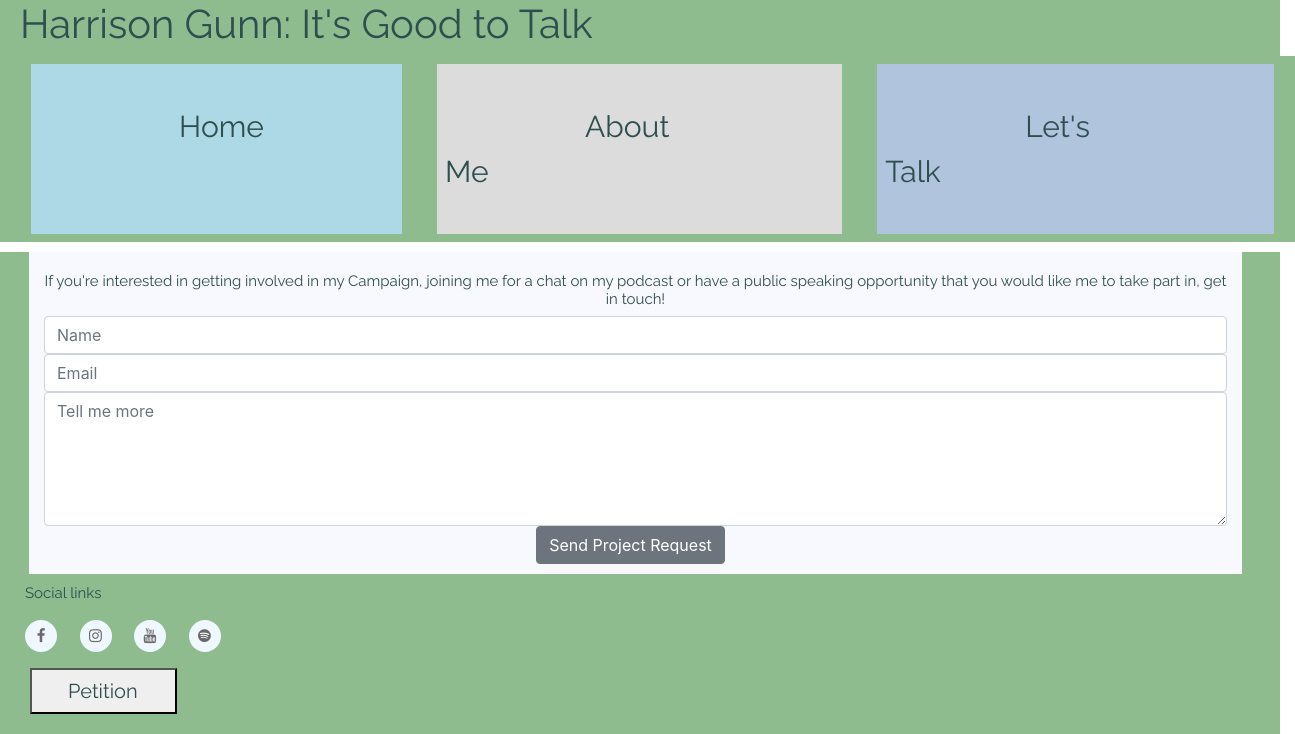
Repository: Leannald13/mile-stone-project-html
Page: contact.html
The author's editor kept a record of every edit. The page is drawn from the files as they stood at one moment, then again after the next edit.
The browser window is 1280 px wide. The page is 1295 px wide, so the pictures cover 1295 px, including what lies to the right of the window. The pictures show the part of the page from y = 500 to 1304 px (the page is 1234 px tall before and 1304 px after).

Above is the page before.

### contact.html
<!DOCTYPE html>
<html lang="en">

<head>
    <meta charset="UTF-8">
    <meta name="viewport" content="width=device-width, initial-scale=1.0">
    <meta http-equiv="X-UA-Compatible" content="ie=edge">
    <link rel="stylesheet" href="https://stackpath.bootstrapcdn.com/bootstrap/4.3.1/css/bootstrap.min.css" type="text/css" />
    <link rel="stylesheet" href="https://cdnjs.cloudflare.com/ajax/libs/hover.css/2.3.1/css/hover-min.css" type="text/css" />
    <link rel="stylesheet" href="https://stackpath.bootstrapcdn.com/font-awesome/4.7.0/css/font-awesome.min.css" type="text/css" />
    <link rel="stylesheet" href="assets/css/style.css" type="text/css" />
    <title>Harrison</title>
</head>

<body>
    <header>
        <div class="row">
            <a href="index.html" class="col-md-12 logo">

            </a>
        </div>

        <div class="container-fluid">
            <div class="row">
                <div class="col-sm-12">
                    <div class="row no-gutters bg-color-name">
                        <div class="col heading">
                            <h1 class="name">Harrison Gunn: It's Good to Talk</h1>
                        </div>
                    </div>
                </div>
                    <nav class="navbar navbar-expand-lg" class="modal" tabindex="-1" role="dialog" id="SignUpModal">
            <button class="navbar-toggler" type="button" data-toggle="collapse" data-target="#navbarSupportedContent" aria-controls="navbarSupportedContent" aria-expanded="false" aria-label="Toggle navigation">
                    <span class="navbar-toggler-icon"></span>
                  </button>
                     <div class="collapse navbar-collapse" id="navbarSupportedContent">
                        <ul class="navbar-nav mr-auto">
                            <li class="nav-item active ui-menu-color-home">
                                <a class="nav-link" href="index.html" class="hvr-Wobble-Horizontal"><span>Home</span></a>
                            </li>
                            <li class="nav-item active ui-menu-color-about">
                                <a class="nav-link" href="general.html" class="hvr-wobble-horizontal"><span>About Me</span></a>
                            </li>
                            <li class="nav-item active ui-menu-color-comments">
                                <a class="nav-link" href="contact.html" class="hvr-wobble-horizontal"><span>Let's Talk</span></a>
                            </li>
                        </ul>
                    </div
                    </nav>
    </header>
    <section class="container-fluid">
        <div class="row bg-color-contact">
            <div class="col">
                <h5 class="uppercase text-center">If you're interested in getting involved in my Campaign, joining me for a chat on my podcast or have a public speaking opportunity that you would like me to take part in, get in touch!</h5>
                <div class="center-form">
                    <form>
                        <form>
                            <input type="text" name="name" id="fullname" class="form-control" placeholder="Name" required/>
                             <input type="email" name="email" id="emailaddress" class="form-control" placeholder="Email" required/>
                             <textarea rows="5" name="summary" id="summary" class="form-control" placeholder="Tell me more" required></textarea>
                            <div class="form-row text-center">
                                <div class="col">
                                    <button type="submit" class="btn btn-secondary">Send Project Request</button>
                                </div>
                            </div>
                        </form>
                    </form>
                </div>
            </div>
        </div>
    <footer>
        <div class="container-fluid">
            <div class="col sm-12">
                <h5 class="uppercase general-sub">Social links</h5>
                <ul class="list-inline social-links">
                    <li class="list-inline-item">
                        <a target="_blank" href="https://www.facebook.com/harrison.gunn.16">
                           <i class="fa fa-facebook" aria-hidden="true"></i>
                           <span class="sr-only">Facebook</span>
                        </a>
                    </li>
                    <li class="list-inline-item">
                        <a target="_blank" href="https://www.instagram.com/harrisongunn_/">
                           <i class="fa fa-instagram" aria-hidden="true"></i>
                           <span class="sr-only">Instagram</span>
                        </a>
                    </li>
                    <li class="list-inline-item">
                        <a target="_blank" href="https://www.youtube.com/channel/UCEPhcVc_ooMeZwhF5X4OEYg">
                           <i class="fa fa-youtube" aria-hidden="true"></i>
                           <span class="sr-only">YouTube</span>
                           </a>
                    </li>
                    <li class="list-inline-item">
                        <a target="_blank" href="spotify:show:1azq4fgMCEafJTPjsGm6tL">
                           <i class="fa fa-spotify" aria-hidden="true"></i>
                           <span class="sr-only">Spotify</span>
                           </a>
                    </li>
            </div>
        </div>
        <button class="list-inline-item-button">
          <a class="navbar-brand" href="https://petition.parliament.uk/petitions/260373">Petition</a>
                        </button>
    </footer>
</body>

</html>

### assets/css/style.css
@import url('https://fonts.googleapis.com/css?family=Raleway&display=swap');


/* -------------------------------------------------------------Heading */

.logo {
    background: url("../images/haribo.jpg");
    background-position: center;
    background-repeat: no-repeat;
    background-size: cover;
    width: 100%;
    height: 500px;
    transition: all .5s;
    display: block;
}

.heading {
    background-color: #8fbc8f !important;
    width: 100%;

}


.bg-color-name {
    font-family: "Raleway", sans-serif;
    color: #2f4f4f;
    text-align: left;
    font-weight: 100;
    width: 100%;

}

.name {
    font-size: 40px;
    padding-left: 20px;
}

/* -------------------------------------------------------------nav bar */


.text-center {
    width: 100%;
}

.container-fluid {
    padding: 0;
    margin: 0;
    width: 100%;
    background-color: #8fbc8f;
}

.nav-link {
    font-size: 30px;
    color: #2f4f4f;
    padding: 40px;

}

.nav-link span {
    padding: 130px;
    text-align: center;
    margin-left: 10px;
}

.nav-item {
    margin-left: 30px;
}


.ui-menu-color-home {
    background-color: #ADD8E6;
    margin-right: 5px;
    font-family: "Raleway", sans-serif;
    color: #2f4f4f;
}

.ui-menu-color-about {
    background-color: #DCDCDC;
    margin-right: 5px;
     font-family: "Raleway", sans-serif;
    color: #2f4f4f;
}

.ui-menu-color-comments {
    background-color: #B0C4DE;
    margin-right: 5px;
    font-family: "Raleway", sans-serif;
    color: #2f4f4f;
}

.navbar-brand {
    padding-left: 30px;
    padding-right: 15px;
    font-family: "Raleway", sans-serif;
    color: #2f4f4f !important;
}


.navbar {
    background-color: #8fbc8f !important;

}



/* -------------------------------------------------------------Section Contact.html */

h5 {
    color: #2f4f4f;
    font-family: "Raleway", sans-serif;
    font-size: 15px;
    font-weight: 400;
    padding-top: 5px;

}

.bg-color-contact {
    background-color: #F8F8FF;
    padding-top: 15px;
    padding-bottom: 10px;
    margin-left: 29px;
    margin-right: 38px;
    margin-top: 10px;
}

.btn btn-secondary {
    margin-top: 10px;
}

/* -------------------------------------------------------------Section General.html */

/* -------------------------------------------------------------Footer */

footer {
    background-color: #8fbc8f;
    padding-bottom: 20px;
    width: 100%;

}

.social-links li a i {
    width: 32px;
    height: 32px;
    padding-top: 12px;
    border-radius: 50%;
    font-size: 15px;
    line-height: 7px;
    text-align: center;
    color: #696969 !important;
    background: #f0f8ff;
    background-position: center;
    transition: all 0.35s ease-in-out;
}

.general-sub {
    padding-top: 10px;
    color: #2f4f4f;
    padding-left: 10px;
    padding-bottom: 10px;
}

.list-inline-item {
    padding-left: 10px;
}

.fa fa-facebook {
    padding-left: 5px;
}

.list-inline-item-button {
    margin-left: 30px;
}

After the next edit:
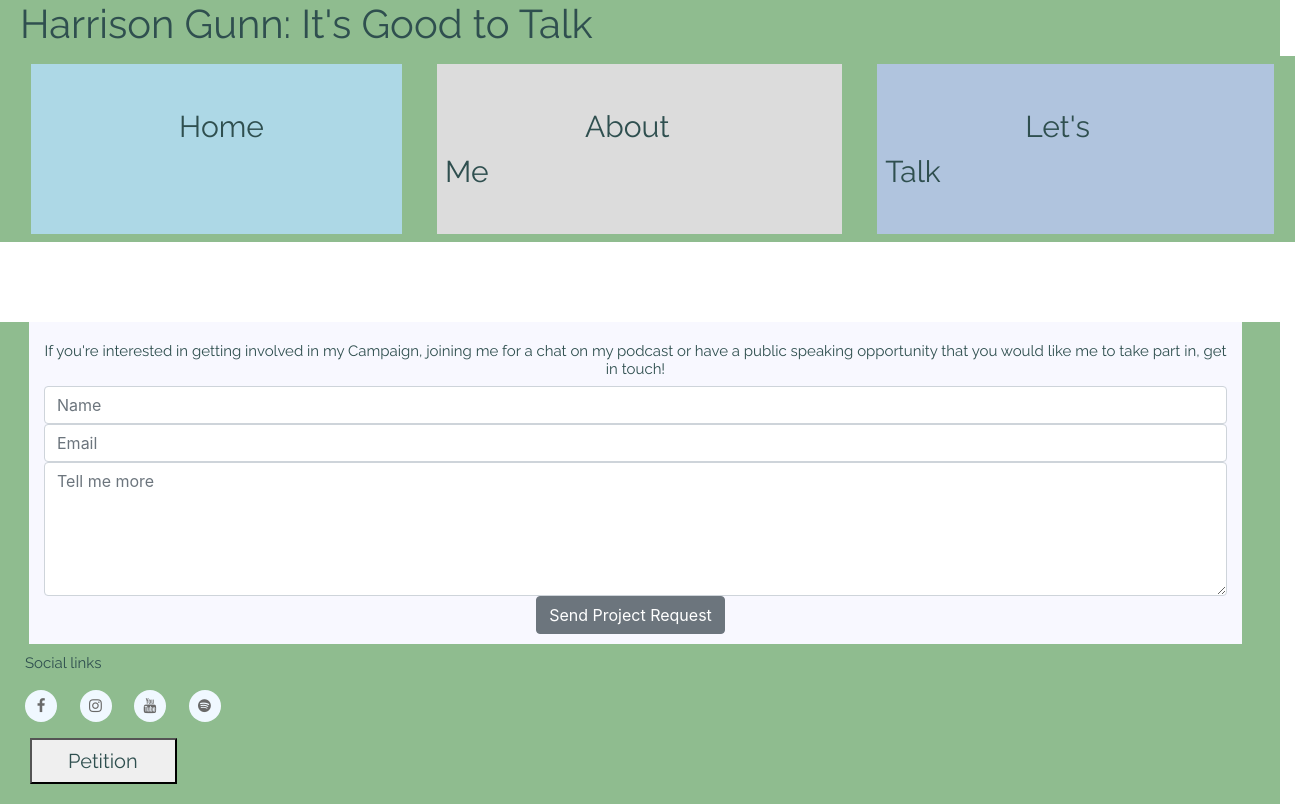
The edit:
--- a/assets/css/style.css
+++ b/assets/css/style.css
@@ -120,7 +120,7 @@
     padding-bottom: 10px;
     margin-left: 29px;
     margin-right: 38px;
-    margin-top: 10px;
+    margin-top: 80px;
 }
 
 .btn btn-secondary {
